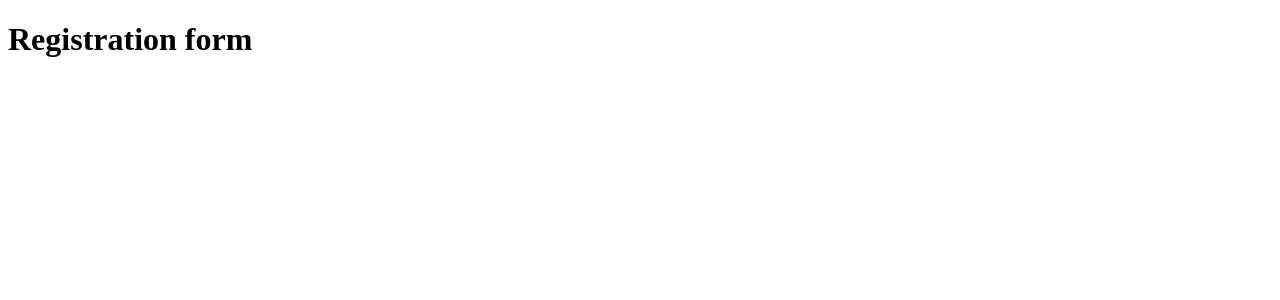
Repository: yuktavyas14/vscode
Page: index.html
These files come from the project's save history. The page is drawn as it stood at one moment and after the next save; the edit follows.
The browser window is 1280 px wide. The pictures show the whole page.

Above is the page before, as saved 2021-06-08 15:27:05.

After the next save:
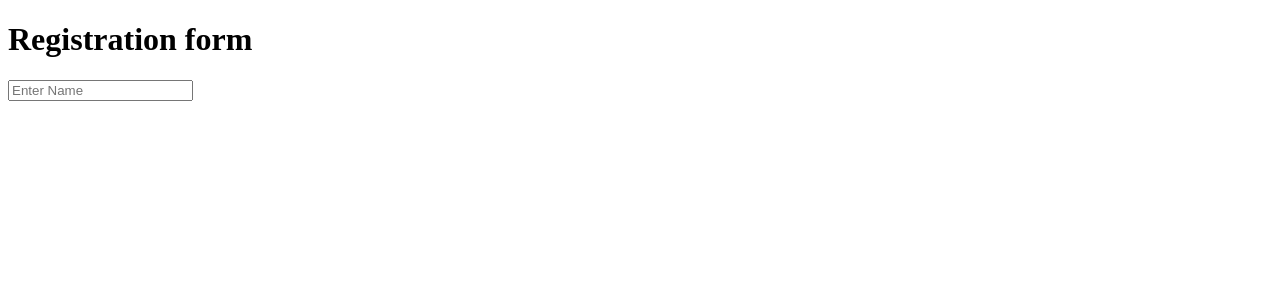
Saved 79 s later.
--- a/index.html
+++ b/index.html
@@ -9,6 +9,8 @@
 </head>
 <body>
     <h1>Registration form</h1>
-
+    <form>
+        <input type="text" placeholder="Enter Name" required >
+    </form>
 </body>
 </html>
